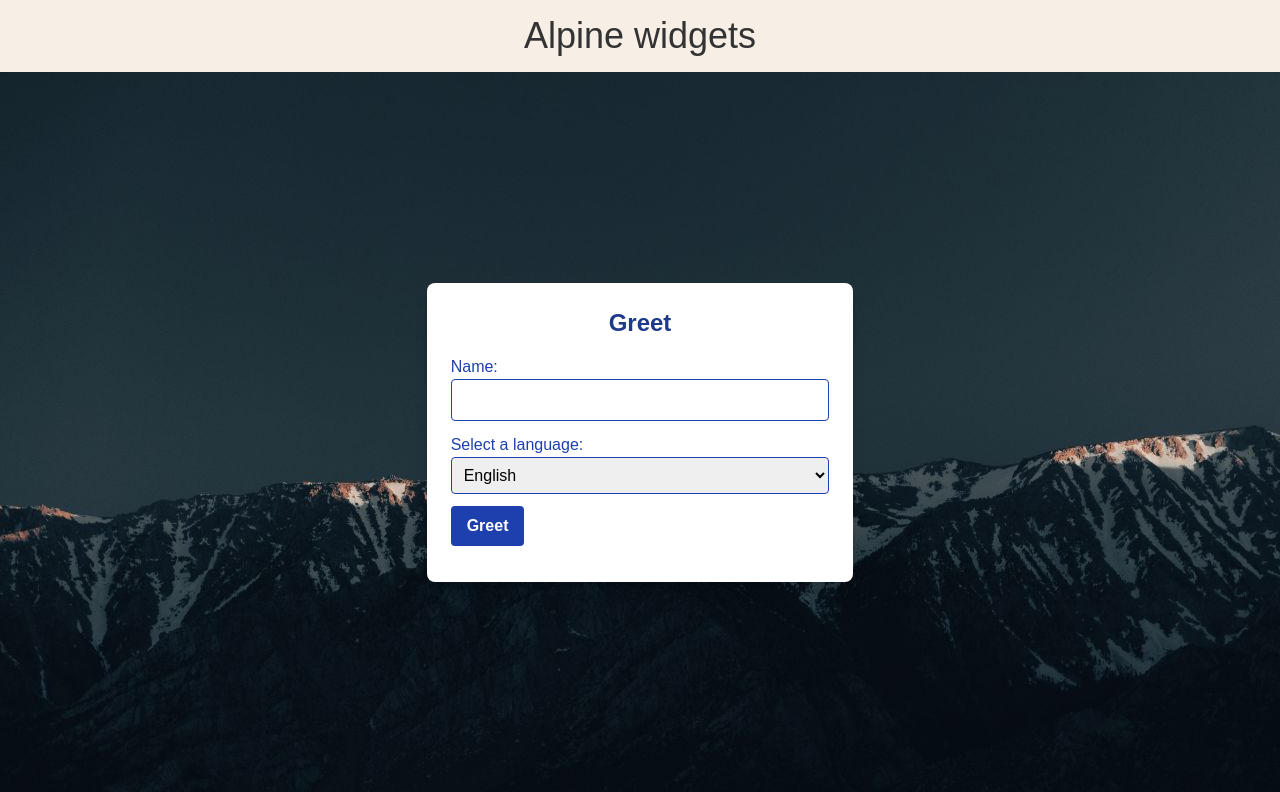
Repository: lasity34/alpine-bootcamp-widgets
Page: index.html
These files come from the project's save history. The page is drawn as it stood at one moment and after the next save; the edit follows.
The browser window is 1280 px wide. The pictures show the whole page.
Some web fonts or font styles are not loaded; a fallback is used. Some web libraries are served in a nearby version.

Above is the page before, as saved 2023-07-12 11:39:03.

After the next save:
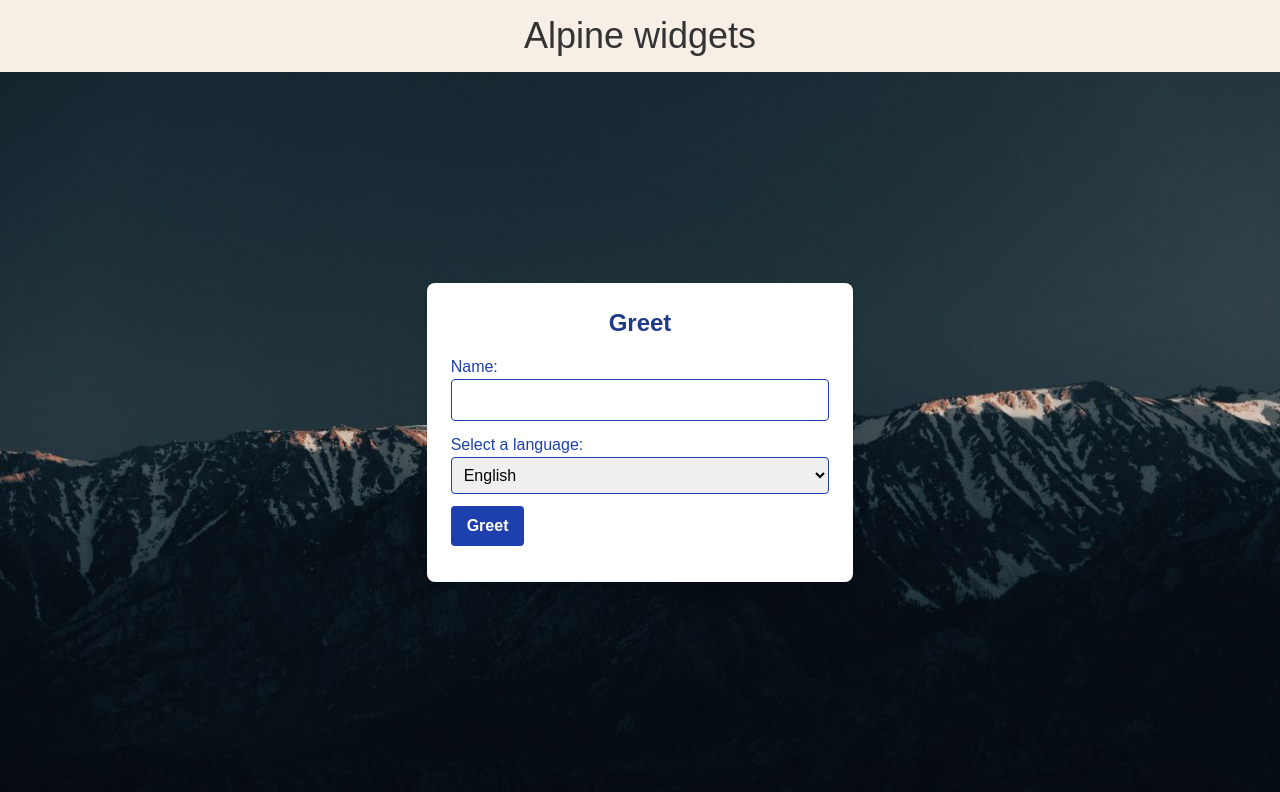
Saved 112 s later.
--- a/style.css
+++ b/style.css
@@ -12,4 +12,7 @@ h1 {
 
 .widget_container {
     background-image: url(./background.jpg);
+    background-repeat: no-repeat;
+    background-size: cover;
+    background-position: center;
 }
